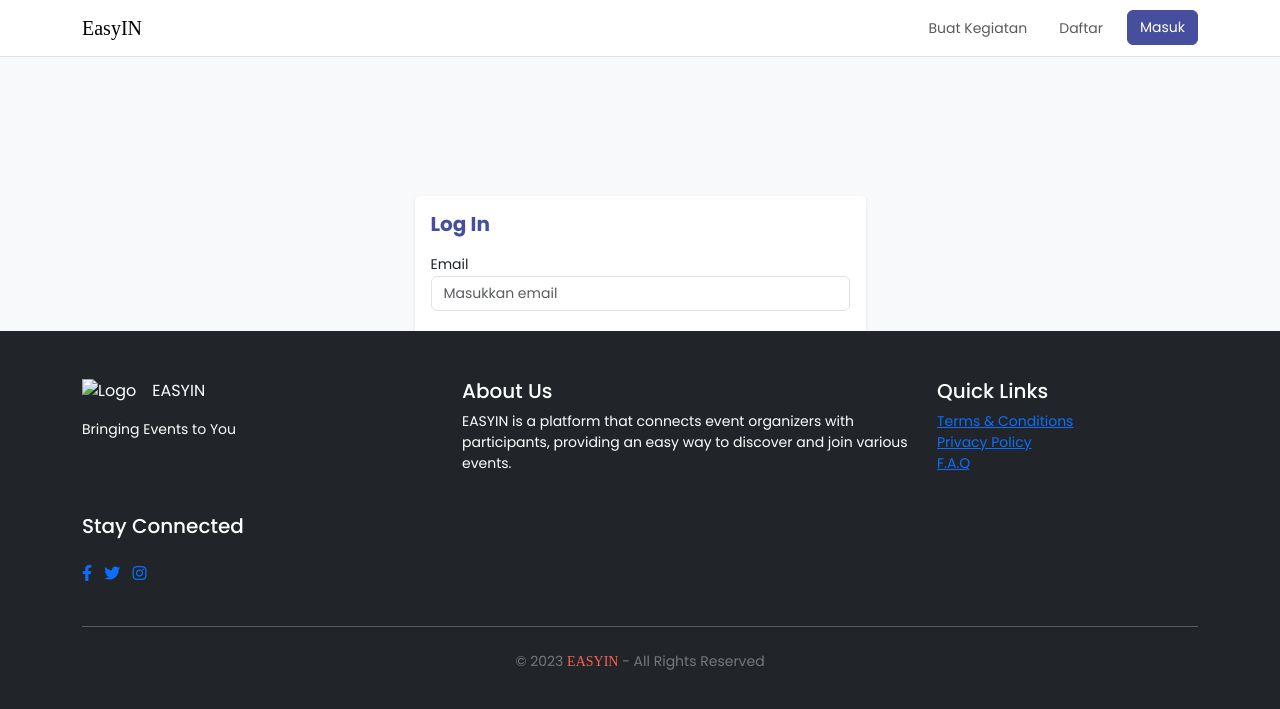
Repository: Imadaaa/Ticketing_Online
Page: http://localhost/login
These files come from the project's save history. The page is drawn as it stood at one moment and after the next save; the edit follows.
The browser window is 1280 px wide. The pictures show the whole page.
Some web fonts or font styles are not loaded; a fallback is used. The page is served by the project's Laravel application, run on PHP 8.4 with Laravel 10.

Above is the page before, as saved 2023-08-22 01:47:48.

After the next save:
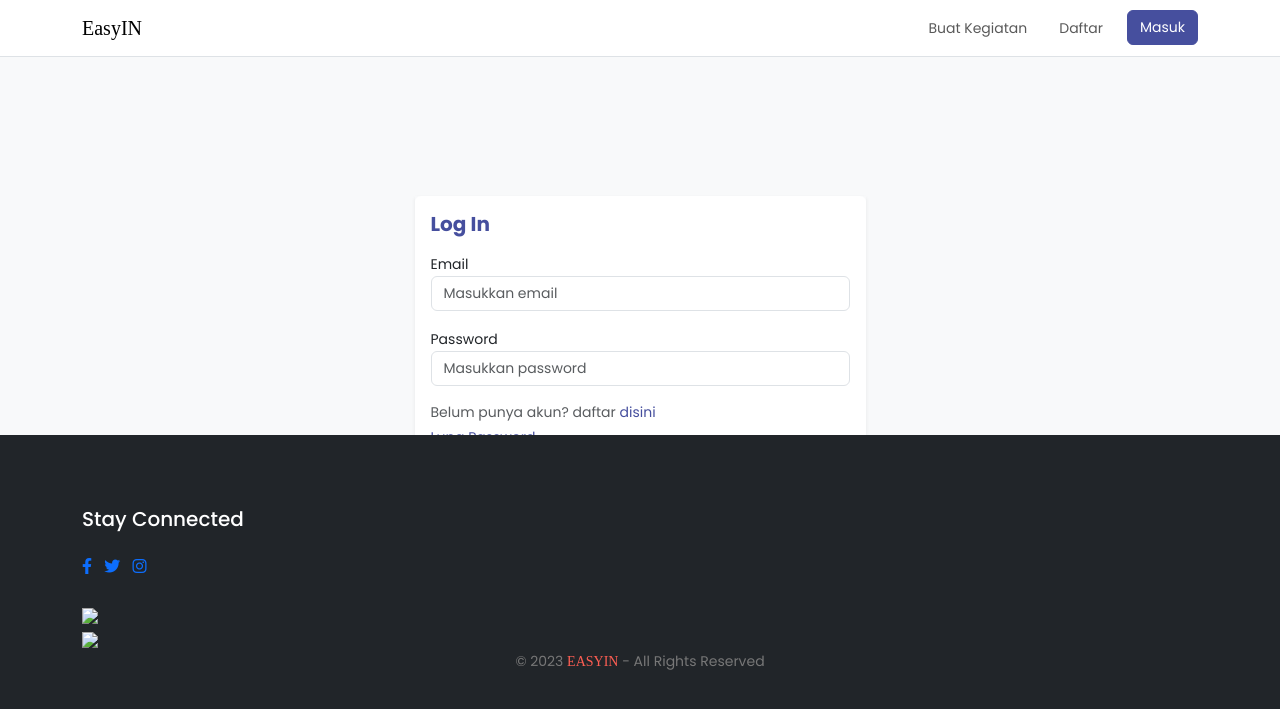
Saved 19 s later.
--- a/resources/views/template/landing-page/partials/_footer.blade.php
+++ b/resources/views/template/landing-page/partials/_footer.blade.php
@@ -1,45 +1,28 @@
 <footer class="bg-dark text-white py-5 {{ request()->is('login') || request()->is('register') ? 'footer-fixed' : '' }}">
     <div class="container">
-        <div class="row">
-            <div class="col-md-4">
-                <div class="d-flex align-items-center">
-                    <img src="{{ asset('storage/img/logo/Steam_icon.png') }}" alt="Logo" class="logo me-3"
-                        style="max-width: 60px;">
-                    <p class="fs-18 mb-0">EASYIN</p>
-                </div>
-                <p class="mt-3 fs-14">Bringing Events to You</p>
-            </div>
-            <div class="col-md-5">
-                <h5 class="fs-18">About Us</h5>
-                <p class="fs-14">EASYIN is a platform that connects event organizers with participants, providing an
-                    easy way to discover and join various events.</p>
-            </div>
-            <div class="col-md-3">
-                <h5 class="fs-18">Quick Links</h5>
-                <ul class="list-unstyled fs-14">
-                    <li><a href="#">Terms & Conditions</a></li>
-                    <li><a href="#">Privacy Policy</a></li>
-                    <li><a href="#">F.A.Q</a></li>
-                </ul>
-            </div>
-            <div class="col-md-12 mt-4">
-                <h5 class="fs-18 mb-4">Stay Connected</h5>
-                <ul class="list-inline social-icons">
-                    <li class="list-inline-item"><a href="#" class="social-link"><i
-                                class="fab fa-facebook-f"></i></a></li>
-                    <li class="list-inline-item"><a href="#" class="social-link"><i
-                                class="fab fa-twitter"></i></a></li>
-                    <li class="list-inline-item"><a href="#" class="social-link"><i
-                                class="fab fa-instagram"></i></a></li>
-                </ul>
+        <!-- Bagian-bagian footer yang lain -->
+
+        <div class="col-md-12 mt-4">
+            <h5 class="fs-18 mb-4">Stay Connected</h5>
+            <ul class="list-inline social-icons">
+                <li class="list-inline-item"><a href="#" class="social-link"><i class="fab fa-facebook-f"></i></a></li>
+                <li class="list-inline-item"><a href="#" class="social-link"><i class="fab fa-twitter"></i></a></li>
+                <li class="list-inline-item"><a href="#" class="social-link"><i class="fab fa-instagram"></i></a></li>
+            </ul>
+        </div>
+
+        <!-- Slider di dalam bagian footer -->
+        <div class="col-md-12 mt-4">
+            <div class="slider">
+                <div><img src="{{ asset('storage/img/slider/image1.jpg') }}"></div>
+                <div><img src="{{ asset('storage/img/slider/image2.jpg') }}"></div>
+                <!-- Tambahkan gambar-gambar lainnya -->
             </div>
         </div>
-        <hr class="my-4">
-        <div class="row">
-            <div class="col-md-12 text-center">
-                <p class="fs-14 mb-0" style="color: #777;">&copy; {{ date('Y') }} <span class="text-title"
-                        style="color: #fd5e53;">EASYIN</span> - All Rights Reserved</p>
-            </div>
+
+        <div class="col-md-12 text-center">
+            <p class="fs-14 mb-0" style="color: #777;">&copy; {{ date('Y') }} <span class="text-title"
+                    style="color: #fd5e53;">EASYIN</span> - All Rights Reserved</p>
         </div>
     </div>
 </footer>

After the save that followed:
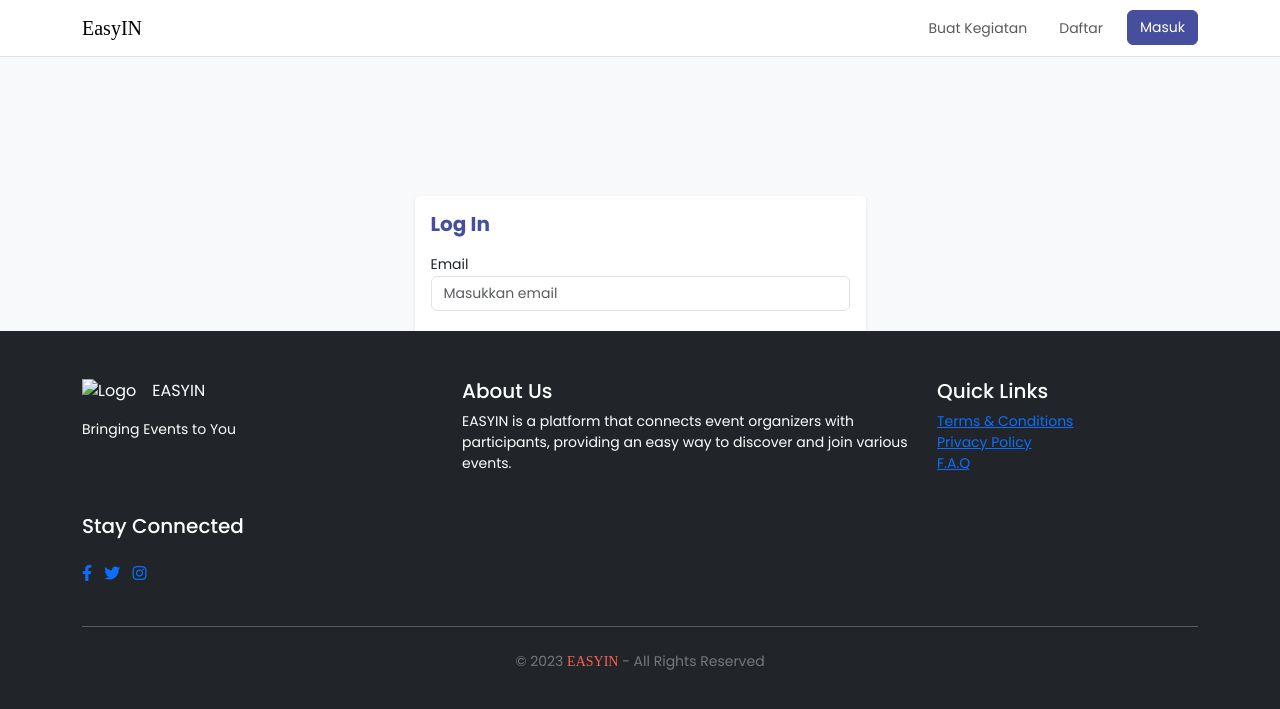
Saved 9 s later.
--- a/resources/views/template/landing-page/partials/_footer.blade.php
+++ b/resources/views/template/landing-page/partials/_footer.blade.php
@@ -1,28 +1,45 @@
 <footer class="bg-dark text-white py-5 {{ request()->is('login') || request()->is('register') ? 'footer-fixed' : '' }}">
     <div class="container">
-        <!-- Bagian-bagian footer yang lain -->
-
-        <div class="col-md-12 mt-4">
-            <h5 class="fs-18 mb-4">Stay Connected</h5>
-            <ul class="list-inline social-icons">
-                <li class="list-inline-item"><a href="#" class="social-link"><i class="fab fa-facebook-f"></i></a></li>
-                <li class="list-inline-item"><a href="#" class="social-link"><i class="fab fa-twitter"></i></a></li>
-                <li class="list-inline-item"><a href="#" class="social-link"><i class="fab fa-instagram"></i></a></li>
-            </ul>
-        </div>
-
-        <!-- Slider di dalam bagian footer -->
-        <div class="col-md-12 mt-4">
-            <div class="slider">
-                <div><img src="{{ asset('storage/img/slider/image1.jpg') }}"></div>
-                <div><img src="{{ asset('storage/img/slider/image2.jpg') }}"></div>
-                <!-- Tambahkan gambar-gambar lainnya -->
+        <div class="row">
+            <div class="col-md-4">
+                <div class="d-flex align-items-center">
+                    <img src="{{ asset('storage/img/logo/Steam_icon.png') }}" alt="Logo" class="logo me-3"
+                        style="max-width: 60px;">
+                    <p class="fs-18 mb-0">EASYIN</p>
+                </div>
+                <p class="mt-3 fs-14">Bringing Events to You</p>
+            </div>
+            <div class="col-md-5">
+                <h5 class="fs-18">About Us</h5>
+                <p class="fs-14">EASYIN is a platform that connects event organizers with participants, providing an
+                    easy way to discover and join various events.</p>
+            </div>
+            <div class="col-md-3">
+                <h5 class="fs-18">Quick Links</h5>
+                <ul class="list-unstyled fs-14">
+                    <li><a href="#">Terms & Conditions</a></li>
+                    <li><a href="#">Privacy Policy</a></li>
+                    <li><a href="#">F.A.Q</a></li>
+                </ul>
+            </div>
+            <div class="col-md-12 mt-4">
+                <h5 class="fs-18 mb-4">Stay Connected</h5>
+                <ul class="list-inline social-icons">
+                    <li class="list-inline-item"><a href="#" class="social-link"><i
+                                class="fab fa-facebook-f"></i></a></li>
+                    <li class="list-inline-item"><a href="#" class="social-link"><i
+                                class="fab fa-twitter"></i></a></li>
+                    <li class="list-inline-item"><a href="#" class="social-link"><i
+                                class="fab fa-instagram"></i></a></li>
+                </ul>
             </div>
         </div>
-
-        <div class="col-md-12 text-center">
-            <p class="fs-14 mb-0" style="color: #777;">&copy; {{ date('Y') }} <span class="text-title"
-                    style="color: #fd5e53;">EASYIN</span> - All Rights Reserved</p>
+        <hr class="my-4">
+        <div class="row">
+            <div class="col-md-12 text-center">
+                <p class="fs-14 mb-0" style="color: #777;">&copy; {{ date('Y') }} <span class="text-title"
+                        style="color: #fd5e53;">EASYIN</span> - All Rights Reserved</p>
+            </div>
         </div>
     </div>
 </footer>
